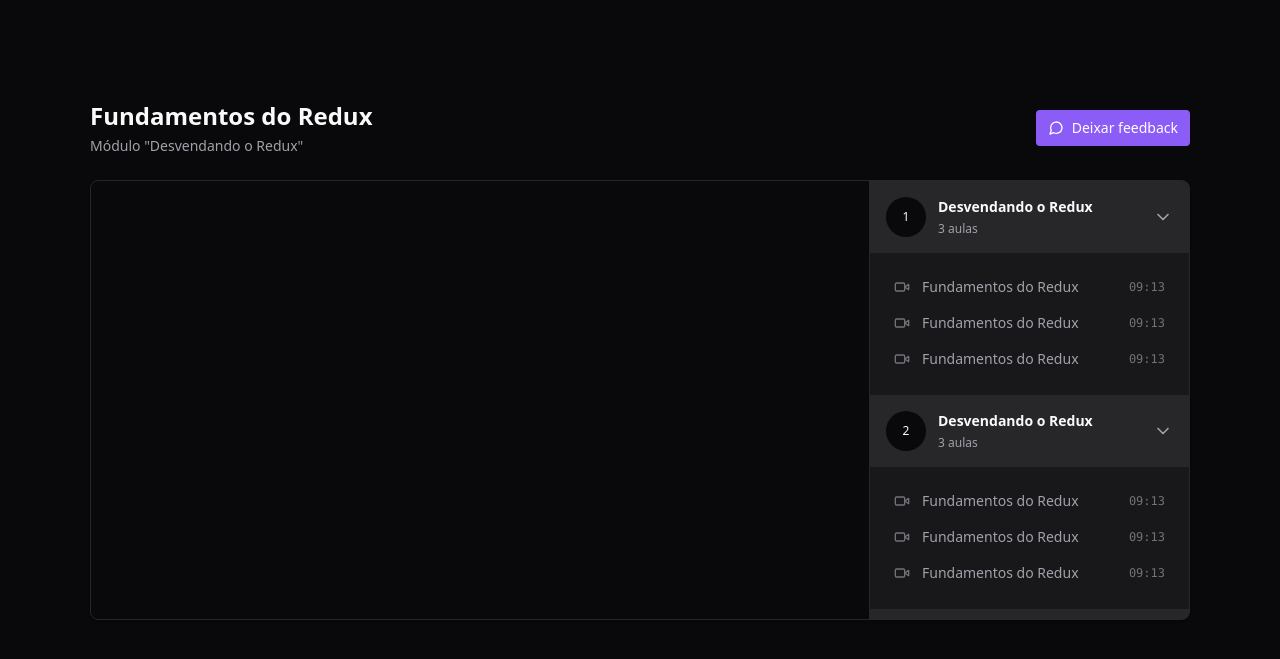
Repository: guilhermecardoso93/react-redux-zustand
Page: /
An editor plug-in stored every save of this project. The page is shown before and after the next save, followed by the edit.
The browser window is 1280 px wide. The pictures show the whole page.
The project was rebuilt for these pictures with package versions that can differ from the ones it lists, and the page was loaded fresh each time. Also part of the build but not shown: vite.config.ts.

Above is the page before, as saved 2023-06-28 20:27:17.

After the next save:
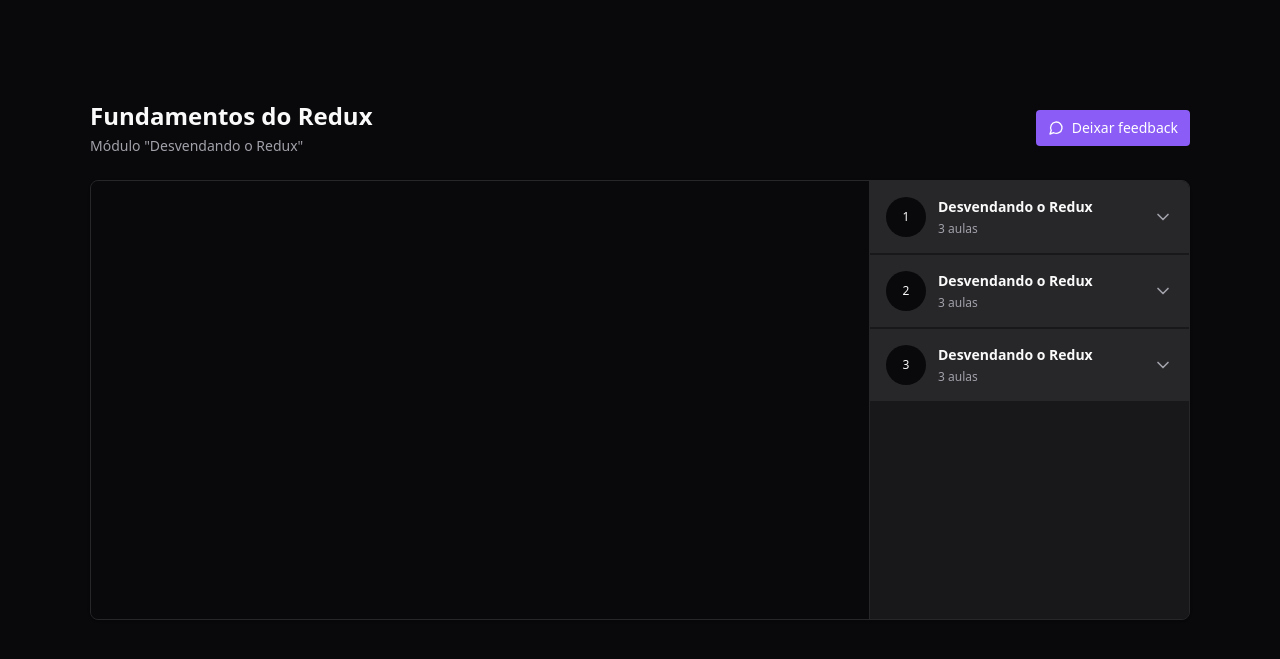
Saved 17 min 15 s later.
--- a/src/components/Module.tsx
+++ b/src/components/Module.tsx
@@ -1,3 +1,4 @@
+import * as Collapsible from "@radix-ui/react-collapsible";
 import { ChevronDown } from "lucide-react";
 import { Lesson } from "./Lesson";
 
@@ -9,8 +10,8 @@
 
 export function Module({ moduleIndex, title, amountOfLessons }: ModuleProps) {
   return (
-    <div>
-      <button className="flex w-full items-center gap-3 bg-zinc-800 p-4">
+    <Collapsible.Root>
+      <Collapsible.Trigger className="flex w-full items-center gap-3 bg-zinc-800 p-4">
         <div className="flex h-10 w-10 rounded-full items-center justify-center bg-zinc-950 text-xs">
           {moduleIndex + 1}
         </div>
@@ -21,13 +22,14 @@
         </div>
 
         <ChevronDown className="w-5 h-5 ml-auto text-zinc-400" />
-      </button>
-
-      <nav className="relative flex flex-col gap-4 p-6">
-        <Lesson title="Fundamentos do Redux" duration="09:13" />
-        <Lesson title="Fundamentos do Redux" duration="09:13" />
-        <Lesson title="Fundamentos do Redux" duration="09:13" />
-      </nav>
-    </div>
+      </Collapsible.Trigger>
+      <Collapsible.Content>
+        <nav className="relative flex flex-col gap-4 p-6">
+          <Lesson title="Fundamentos do Redux" duration="09:13" />
+          <Lesson title="Fundamentos do Redux" duration="09:13" />
+          <Lesson title="Fundamentos do Redux" duration="09:13" />
+        </nav>
+      </Collapsible.Content>
+    </Collapsible.Root>
   );
 }
